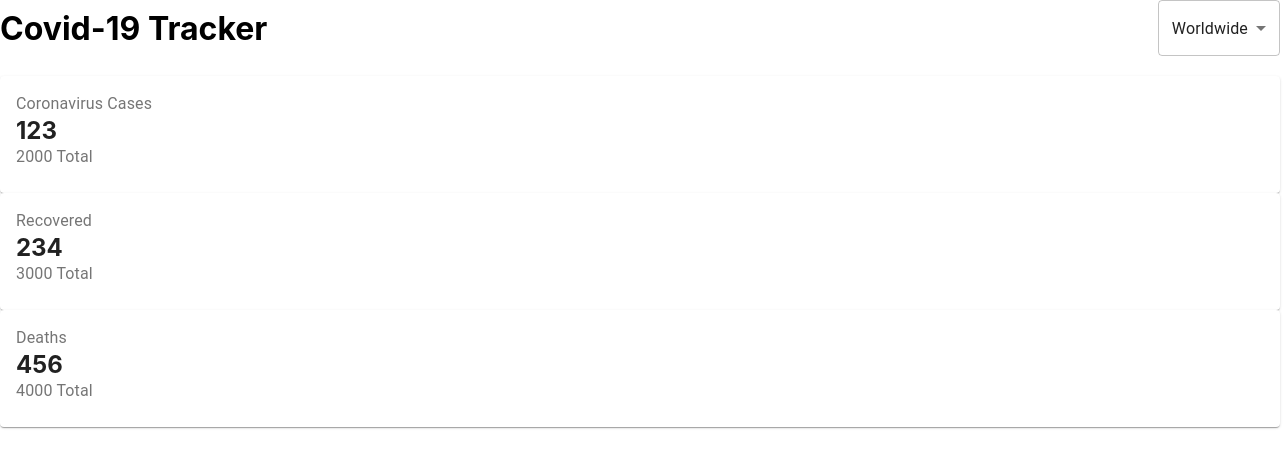
Repository: aashajo/covid-tracker-app-react
Page: /
The author's editor kept a copy of each file at every save. The page is drawn from the files as they stood at one save, then again after the next save.
The browser window is 1280 px wide. The page is 1288 px wide, so the pictures cover 1288 px, including what lies to the right of the window. The pictures show the whole page.
The page's requests for data from a server got no answer. The project was rebuilt for these pictures with package versions that can differ from the ones it lists, and the page was loaded fresh each time. No one was signed in, and anything a server would have sent is missing.

Above is the page before, as saved 2020-08-25 21:33:07.

### src/App.js
import React, { useState, useEffect } from "react";
import {
  MenuItem,
  FormControl,
  Select,
  Card,
  CardContent,
} from "@material-ui/core";
import "./App.css";
import Infobox from "./Infobox";

function App() {
  const [countries, setCountries] = useState([]); //State --> Variable declaration in React
  const [country, setCountry] = useState("worldwide");
  useEffect(() => {
    //useEffect --> Code inside useEffect will run once when the component loads and not againRuns a set of code based on given condition
    const getCountriesData = async () => {
      //async - send a req, wait for it then do somthing
      await fetch("https://disease.sh/v3/covid-19/countries")
        .then((response) => response.json())
        .then((data) => {
          const countries = data.map((country) => ({
            name: country.country, // United States, United Kingdom
            value: country.countryInfo.iso2, // UK, USA, FR
          }));
          setCountries(countries);
        });
    };
    getCountriesData();
  }, []);

  const onCountryChange = async (e) => {
    const countryCode = e.target.value;

    setCountry(countryCode);
  }

  return (
    <div className="app">
      {/* Header - Title and Input */}
      <div className="app_header">
        <h1> Covid-19 Tracker </h1>

        <FormControl className="app_dropdown">
          <Select variant="outlined" onChange= {onCountryChange} value={country}>
            <MenuItem value="worldwide">Worldwide</MenuItem>
            {/* Loop thru countries for dropdown */}
            {countries.map((country) => (
              <MenuItem value={country.value}>{country.name}</MenuItem>
            ))}
          </Select>
        </FormControl>
      </div>

      {/* Info Box */}
      <div className="app_stats">
              <Infobox title="Coronavirus Cases" cases={123} total={2000} />
              <Infobox title="Recovered" cases={234} total={3000} />
              <Infobox title="Deaths" cases={456} total={4000} />
      </div>

      {/* Table */}

      {/* Graph */}

      {/* Map */}
    </div>
  );
}

export default App;

### src/App.css
* {
  margin: 0;
}

.app_header {
  display: flex;
  align-items: center;
  margin-bottom: 20px;
  justify-content: space-between;
}

### src/Infobox.js
import React from "react";
import { Card, CardContent, Typography } from "@material-ui/core";

function Infobox({ title, cases, total }) {
  return (
    <Card>
      <CardContent>
        <Typography className="infobox_title" color="textSecondary">{title}</Typography>

        <h2 className="infobox_cases">{cases}</h2>

        <Typography className="infobox_total" color="textSecondary">{total} Total</Typography>
      </CardContent>
    </Card>
  );
}

export default Infobox;

Loaded but not shown: public/index.html (common file); src/index.js (common file); src/index.css (common file); src/serviceWorker.js (common file)

After the next save:
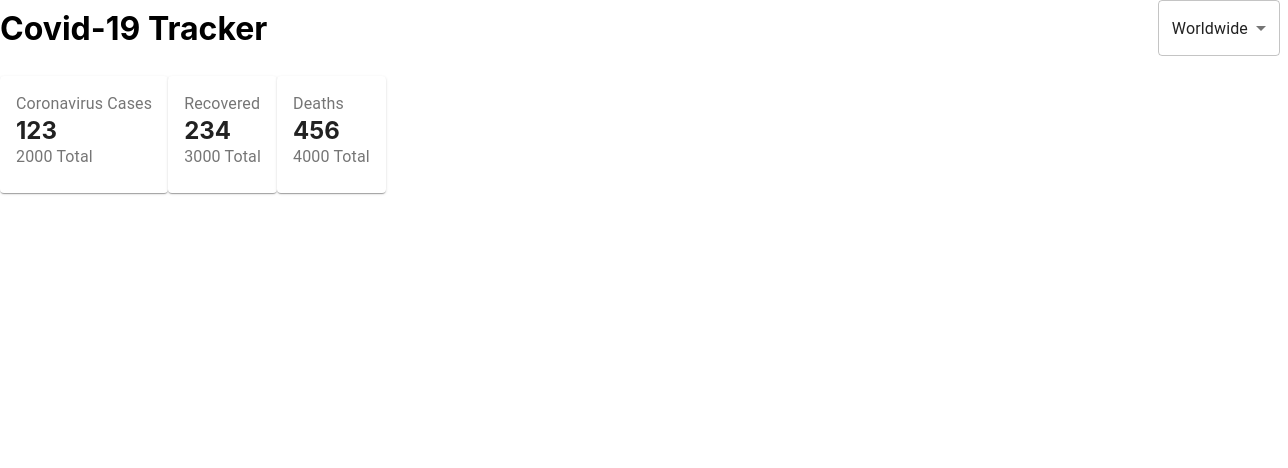
Saved 74 s later.
--- a/src/App.css
+++ b/src/App.css
@@ -8,3 +8,7 @@
   margin-bottom: 20px;
   justify-content: space-between;
 }
+
+.app_stats {
+  display: flex;
+}
